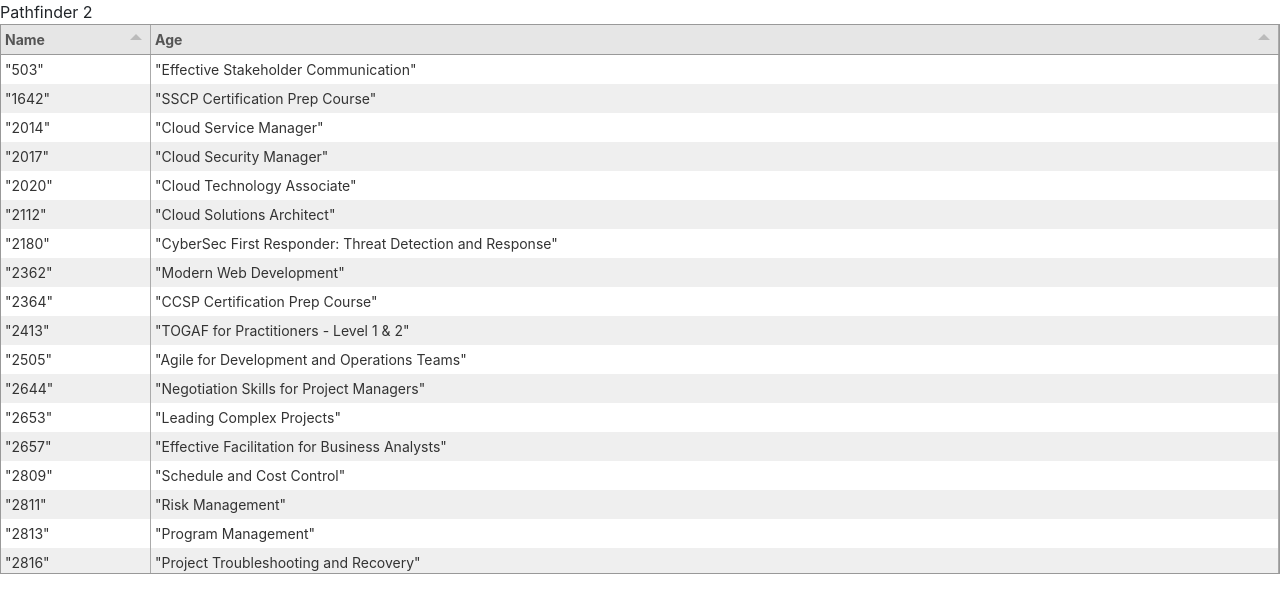
Repository: t1s1/pathfinder2
Page: index.html
The author's editor kept a record of every edit. The page is drawn from the files as they stood at one moment, then again after the next edit.
The browser window is 1280 px wide. The pictures show the whole page.
An inner scrolling area shows only its first screen.

Above is the page before.

### index.html
<!doctype html>
<html class="no-js" lang="">

<head>
  <meta charset="utf-8">

  <link rel="stylesheet" type="text/css" href="https://cdnjs.cloudflare.com/ajax/libs/twitter-bootstrap/4.1.1/css/bootstrap.min.css"/>
  <link rel="stylesheet" href="tabulator/css/tabulator.min.css">
  <style type="text/css">

  </style>

  <script src="https://ajax.googleapis.com/ajax/libs/jquery/3.4.1/jquery.min.js"></script>
  <!-- <script type="text/javascript" src="https://cdnjs.cloudflare.com/ajax/libs/twitter-bootstrap/4.1.1/js/bootstrap.min.js"></script> -->
  <script type="text/javascript" src="tabulator/js/tabulator.min.js"></script>

  <script type="text/javascript" class="init">
    /*
      global $
    */
    $(document).ready(function() {

      $.ajax({
        type: "GET",
        url: "data/AA_courses.csv",
        dataType: "text",
        success: function(data) { processData(data); }
      });
    });

    function processData(allText) {
      var allTextLines = allText.split(/\r\n|\n/);
      var headers = allTextLines[0].split(',');
      var data_arr = [];

      function removeQuoteMarks(string) {
        return string.replace(/"(\w+)"\s*:/g, '$1:');
      };

      for (var i=1; i<allTextLines.length; i++) {
         var data = allTextLines[i].split(',');
          if (data.length == headers.length) {
            var row = {};
            for (var j=0; j<headers.length; j++) {
                row[headers[j]] = removeQuoteMarks(data[j]);
            }
            data_arr.push(row);
          }
      };

      var table = new Tabulator("#course-table", {
       	height:550,
       	data:data_arr,
       	layout:"fitColumns", //fit columns to width of table (optional)
       	columns:[ //Define Table Columns
       	 	{title:"Name", field:"COURSE_ID", width:150},
       	 	{title:"Age", field:"NAME"}
       	],
       	rowClick:function(e, row){ //trigger an alert message when the row is clicked
       			alert("Row " + row.getData().id + " Clicked!!!!");
       	},
      });
    }

  </script>
</head>

<body>
Pathfinder 2
<div id="course-table"></div>
</body>

</html>

Loaded but not shown: tabulator/css/tabulator.min.css (library); tabulator/js/tabulator.min.js (library)

After the next edit:
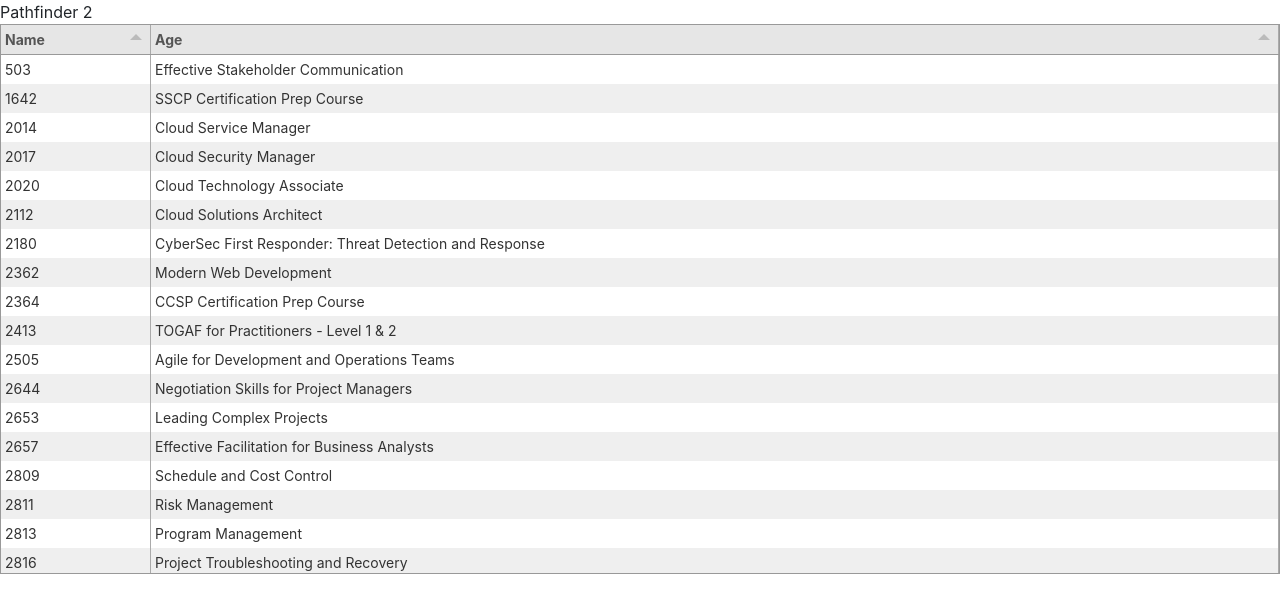
The edit:
--- a/index.html
+++ b/index.html
@@ -34,7 +34,7 @@
       var data_arr = [];
 
       function removeQuoteMarks(string) {
-        return string.replace(/"(\w+)"\s*:/g, '$1:');
+        return string.replace(/"/g,'');
       };
 
       for (var i=1; i<allTextLines.length; i++) {
